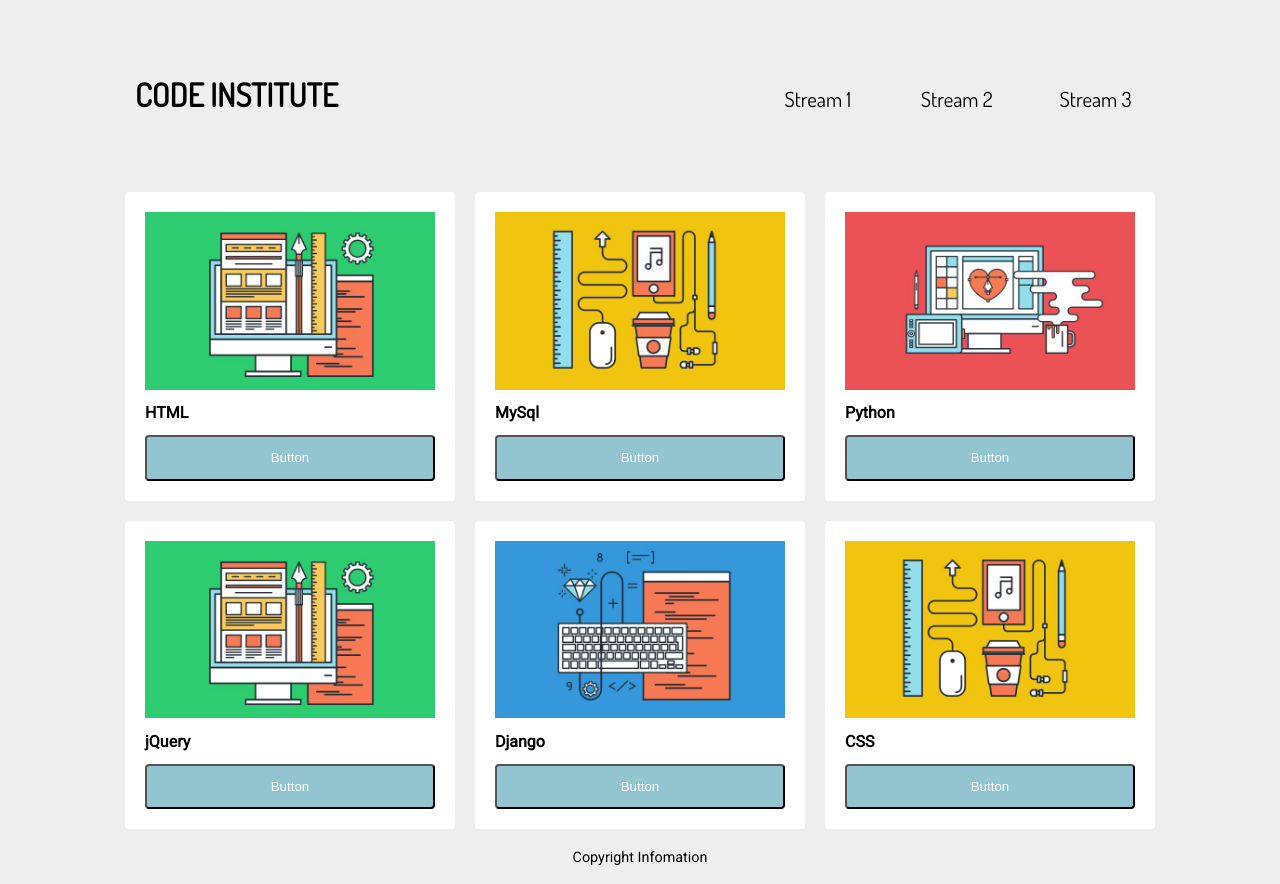
Repository: SOliv1/jquery-downloading-selectors
Page: index.html
The author's editor kept a record of every edit. The page is drawn from the files as they stood at one moment, then again after the next edit.
The browser window is 1280 px wide. The pictures show the whole page.
Some web libraries are served in a nearby version.

Above is the page before.

After the next edit:
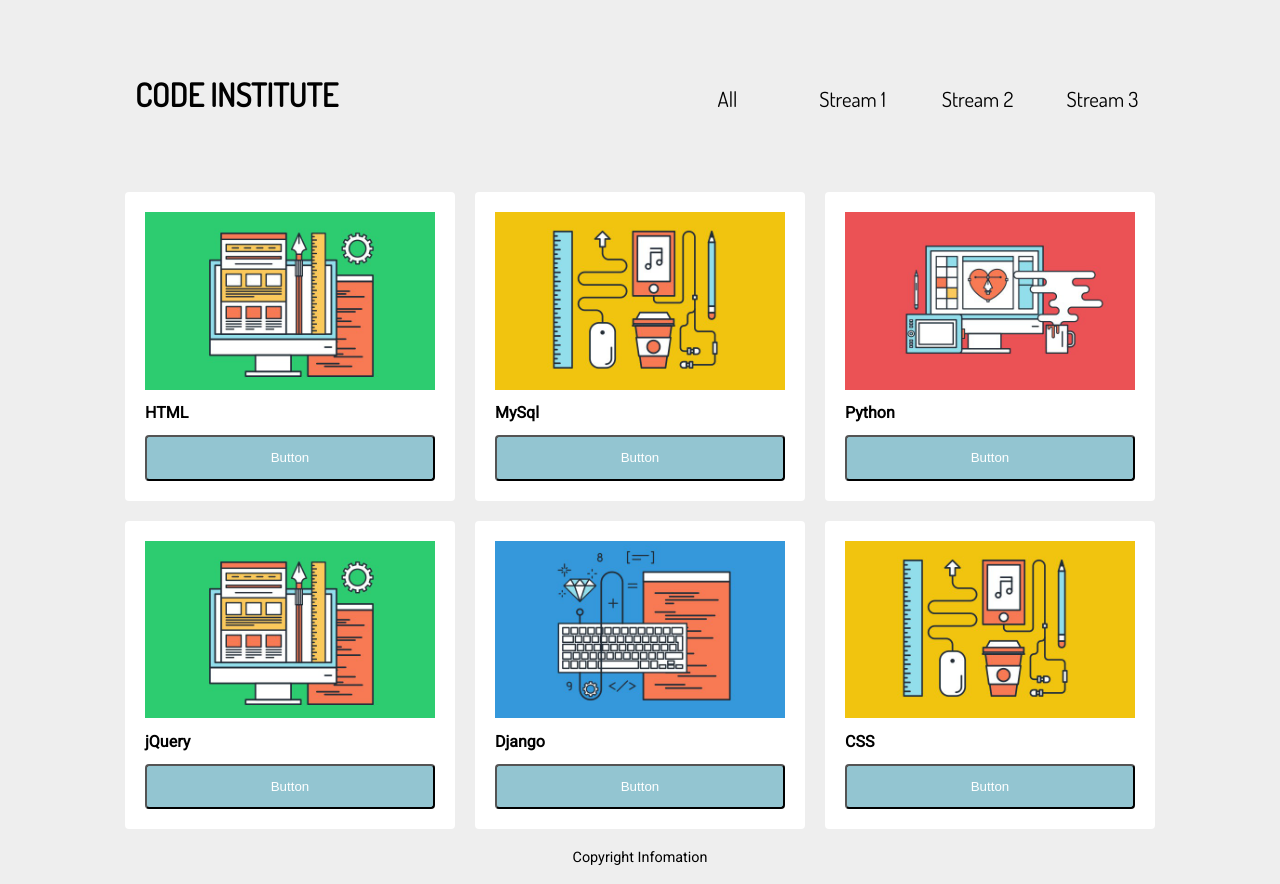
The edit:
--- a/index.html
+++ b/index.html
@@ -13,6 +13,7 @@
 		<nav>
 			<ul>
 				<li id="logoNav">CODE INSTITUTE</li>
+				<li id="all_btn">All</li>
 				<li id="stream1_btn">Stream 1</li>
 				<li id="stream2_btn">Stream 2</li>
 				<li id="stream3_btn">Stream 3</li>
